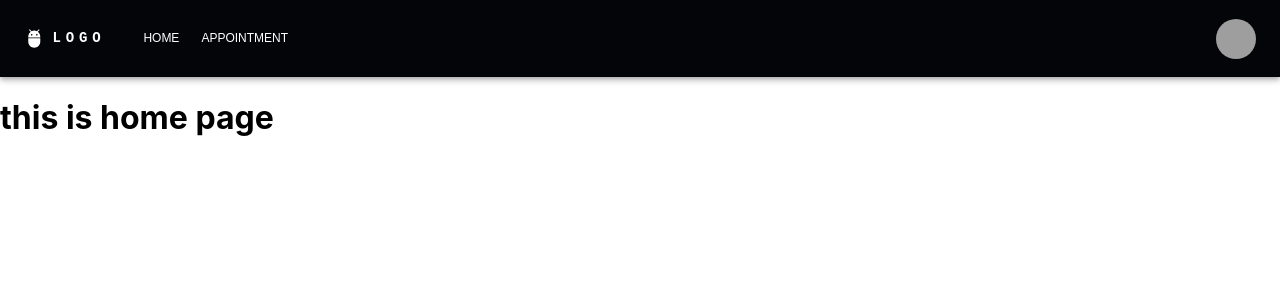
Repository: mdrubel02/health-care
Page: /
The author's editor kept a copy of each file at every save. The page is drawn from the files as they stood at one save, then again after the next save.
The browser window is 1280 px wide. The pictures show the whole page.
Pictures or frames that could not be fetched are drawn as grey boxes. The project was rebuilt for these pictures with package versions that can differ from the ones it lists, and the page was loaded fresh each time. Also part of the build but not shown: src/Pages/Appointment/Appointment.js, src/Pages/Header/Header.css.

Above is the page before, as saved 2022-11-14 14:30:49.

After the next save:
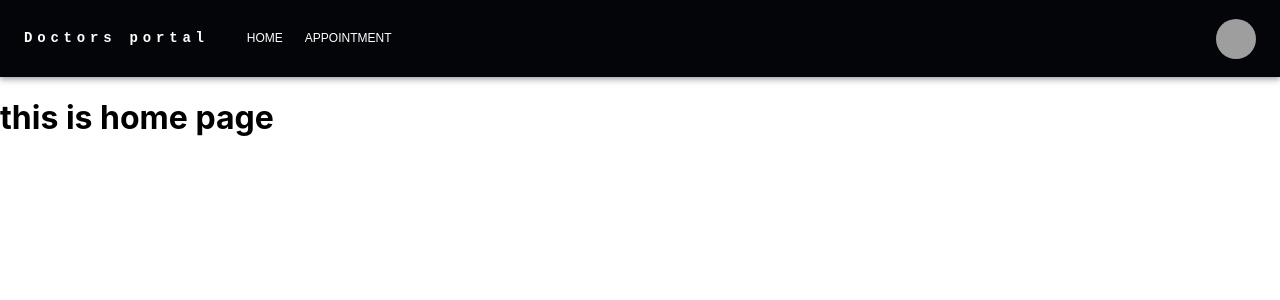
Saved 23 s later.
--- a/src/Pages/Header/Header.js
+++ b/src/Pages/Header/Header.js
@@ -39,7 +39,7 @@ const Header = () => {
         <AppBar position="static">
             <Container maxWidth="xl">
                 <Toolbar disableGutters>
-                    <AdbIcon sx={{ display: { xs: 'none', md: 'flex' }, mr: 1 }} />
+
                     <Typography
                         variant="h6"
                         noWrap
@@ -55,7 +55,7 @@ const Header = () => {
                             textDecoration: 'none',
                         }}
                     >
-                        LOGO
+                       Doctors portal
                     </Typography>
 
                     <Box sx={{ flexGrow: 1, display: { xs: 'flex', md: 'none' } }}>
@@ -94,7 +94,7 @@ const Header = () => {
 
                         </Menu>
                     </Box>
-                    <AdbIcon sx={{ display: { xs: 'flex', md: 'none' }, mr: 1 }} />
+
                     <Typography
                         variant="h5"
                         noWrap
